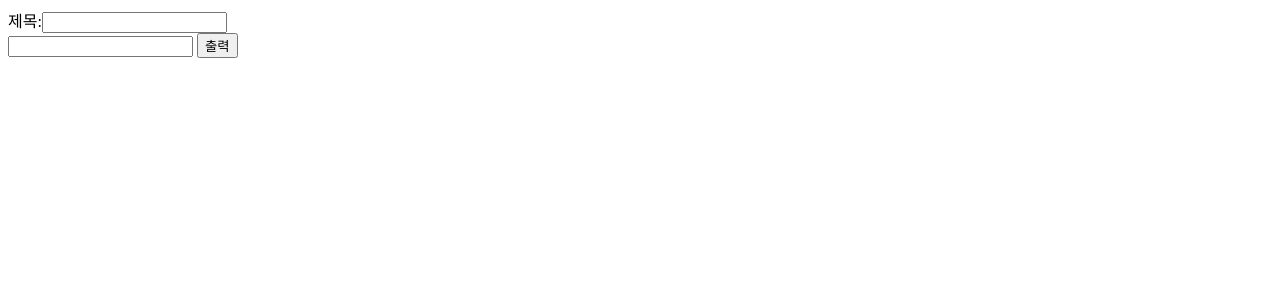
Repository: HimNahyeon/devClassBackup
Page: jsp/youtube_jsp/JSPPrj/WebContent/reg.html
The author's editor kept a copy of each file at every save. The page is drawn from the files as they stood at one save, then again after the next save.
The browser window is 1280 px wide. The pictures show the whole page.

Above is the page before, as saved 2021-10-27 15:11:24.

### jsp/youtube_jsp/JSPPrj/WebContent/reg.html
<!DOCTYPE html>
<html>
<head>
<meta charset="UTF-8">
<title>Insert title here</title>
</head>
<body>
	<div>
		<form action="notice-reg">
			<div>
				<label>제목:</label><input type= "text">
			</div>
			<div>
				<input type="text" name="cnt"/>
				<input type="submit" value="출력"/>
			</div>
		</form>
	</div>
</body>
</html>

After the next save:
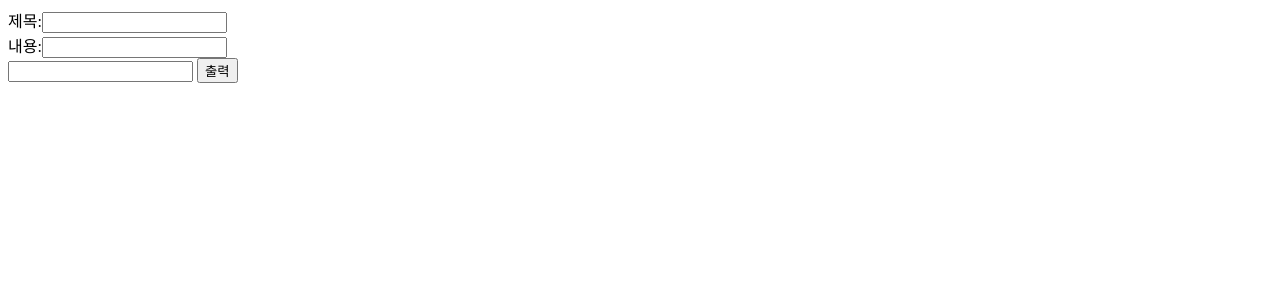
Saved 12 s later.
--- a/jsp/youtube_jsp/JSPPrj/WebContent/reg.html
+++ b/jsp/youtube_jsp/JSPPrj/WebContent/reg.html
@@ -11,6 +11,9 @@
 				<label>제목:</label><input type= "text">
 			</div>
 			<div>
+				<label>내용:</label><input type= "text">
+			</div>
+			<div>
 				<input type="text" name="cnt"/>
 				<input type="submit" value="출력"/>
 			</div>
